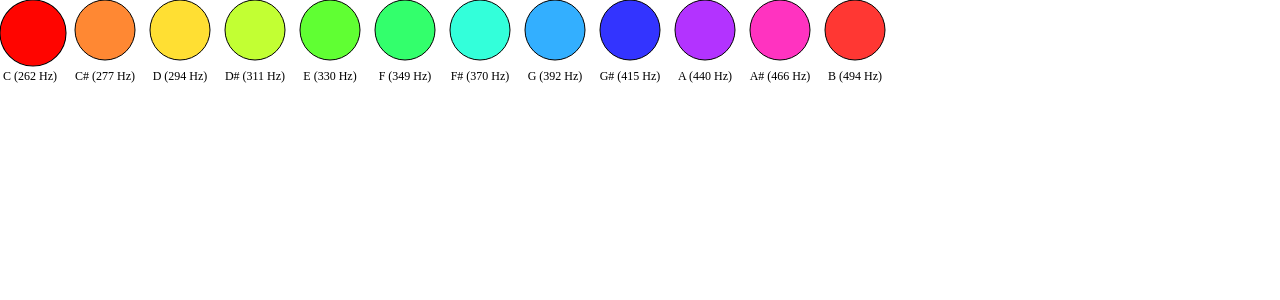
Repository: studiorichie/richielau.com
Page: assets/sound-to-color.html
These files come from the project's save history. The page is drawn as it stood at one moment and after the next save; the edit follows.
The browser window is 1280 px wide. The pictures show the whole page.
The pointer rests on the first visible `.key-circle`.

Above is the page before, as saved 2024-11-06 20:23:32.

### assets/sound-to-color.html
<!DOCTYPE html>
<html lang="en">
<head>
    <meta charset="UTF-8">
    <title>Sound-to-Color Mapping with MIDI</title>
    <script src="https://d3js.org/d3.v6.min.js"></script>
    <style>
        body, html {
            margin: 0;
            padding: 0;
            overflow: hidden;
        }
        .svg-container {
            display: flex;
            justify-content: flex-start;
            align-items: center;
            width: 100%;
            overflow: hidden;
        }
        .key-circle {
            fill-opacity: 0.8;
            stroke: black;
            stroke-width: 1px;
            cursor: pointer;
            outline: none;
            -webkit-tap-highlight-color: transparent;
            transition: transform 0.2s, filter 0.2s, fill-opacity 0.2s;
        }
        .key-circle:hover {
            fill-opacity: 1;
            transform: scale(1.1);
            filter: brightness(1.2);
        }
        .key-circle:active {
            transform: scale(0.9);
            filter: brightness(0.8);
        }
        .label {
            font-size: 12px;
            text-anchor: middle;
        }
        .midi-label {
            font-size: 14px;
            font-weight: bold;
            text-anchor: middle;
            fill: black;
            visibility: hidden;
        }
    </style>
</head>

<body>
    <div class="svg-container">
        <svg width="950" height="600" id="chart"></svg>
    </div>

    <script>
        const keys = [
            { note: "C", freq: 261.63, midi: 60 },
            { note: "C#", freq: 277.18, midi: 61 },
            { note: "D", freq: 293.66, midi: 62 },
            { note: "D#", freq: 311.13, midi: 63 },
            { note: "E", freq: 329.63, midi: 64 },
            { note: "F", freq: 349.23, midi: 65 },
            { note: "F#", freq: 369.99, midi: 66 },
            { note: "G", freq: 392.00, midi: 67 },
            { note: "G#", freq: 415.30, midi: 68 },
            { note: "A", freq: 440.00, midi: 69 },
            { note: "A#", freq: 466.16, midi: 70 },
            { note: "B", freq: 493.88, midi: 71 }
        ];

        function getColor(freq) {
            let hue = ((freq - 261) / (493 - 261)) * 360;
            return `hsl(${hue}, 100%, 50%)`;
        }

        const svg = d3.select("#chart");
        const circleRadius = 30;
        const padding = 15;

        // Add circles and labels without pre-defining cx and cy
        const group = svg.append("g");

        group.selectAll("circle")
            .data(keys)
            .enter()
            .append("circle")
            .attr("class", "key-circle")
            .attr("r", circleRadius)
            .attr("fill", d => getColor(d.freq))
            .on("click", function (event, d) {
                showMidiLabel(d);
                playMidiTone(d.midi);
            });

        group.selectAll(".label")
            .data(keys)
            .enter()
            .append("text")
            .attr("class", "label")
            .text(d => `${d.note} (${Math.round(d.freq)} Hz)`)
            .attr("fill", "black");

        const midiLabel = svg.append("text")
            .attr("class", "midi-label");

        function showMidiLabel(data) {
            midiLabel.text(`MIDI: ${data.midi} - ${data.note}`)
                .attr("x", svg.attr("width") / 2)
                .attr("y", svg.attr("height") - 50)
                .attr("visibility", "visible");

            setTimeout(() => {
                midiLabel.attr("visibility", "hidden");
            }, 2000);
        }

        function playMidiTone(midi) {
            const context = new (window.AudioContext || window.webkitAudioContext)();
            const oscillator = context.createOscillator();
            const gainNode = context.createGain();
            oscillator.type = 'sine';
            oscillator.frequency.setValueAtTime(440 * Math.pow(2, (midi - 69) / 12), context.currentTime);
            gainNode.gain.setValueAtTime(0.1, context.currentTime);
            oscillator.connect(gainNode).connect(context.destination);
            oscillator.start();
            oscillator.stop(context.currentTime + 0.5);
        }

        function adjustCircleLayout() {
            const svgWidth = document.getElementById("chart").clientWidth;
            const circlesPerRow = Math.max(1, Math.floor(svgWidth / (circleRadius * 2 + padding)));

            d3.select("#chart")
                .selectAll("circle")
                .attr("cx", (d, i) => (i % circlesPerRow) * (circleRadius * 2 + padding) + circleRadius)
                .attr("cy", (d, i) => Math.floor(i / circlesPerRow) * (circleRadius * 2 + padding) + circleRadius);

            d3.select("#chart")
                .selectAll(".label")
                .attr("x", (d, i) => (i % circlesPerRow) * (circleRadius * 2 + padding) + circleRadius)
                .attr("y", (d, i) => Math.floor(i / circlesPerRow) * (circleRadius * 2 + padding) + circleRadius + 50);
        }

        adjustCircleLayout();
        window.addEventListener("resize", adjustCircleLayout);
    </script>
</body>
</html>

After the next save:
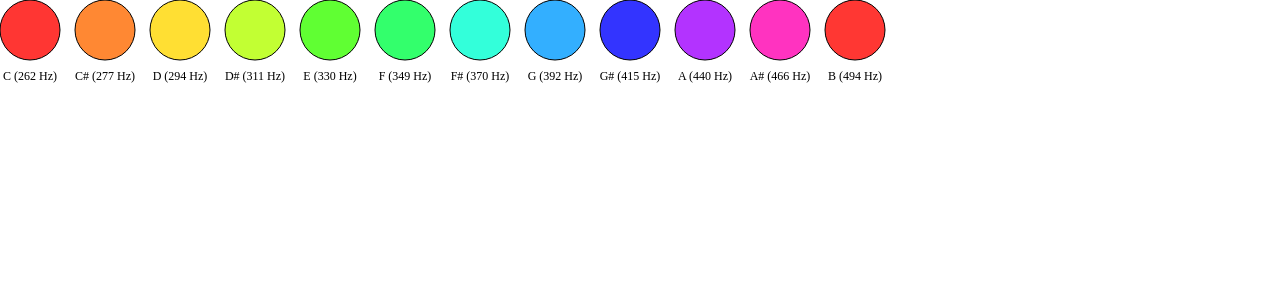
Saved 4 min 6 s later.
--- a/assets/sound-to-color.html
+++ b/assets/sound-to-color.html
@@ -26,11 +26,7 @@
             -webkit-tap-highlight-color: transparent;
             transition: transform 0.2s, filter 0.2s, fill-opacity 0.2s;
         }
-        .key-circle:hover {
-            fill-opacity: 1;
-            transform: scale(1.1);
-            filter: brightness(1.2);
-        }
+
         .key-circle:active {
             transform: scale(0.9);
             filter: brightness(0.8);
